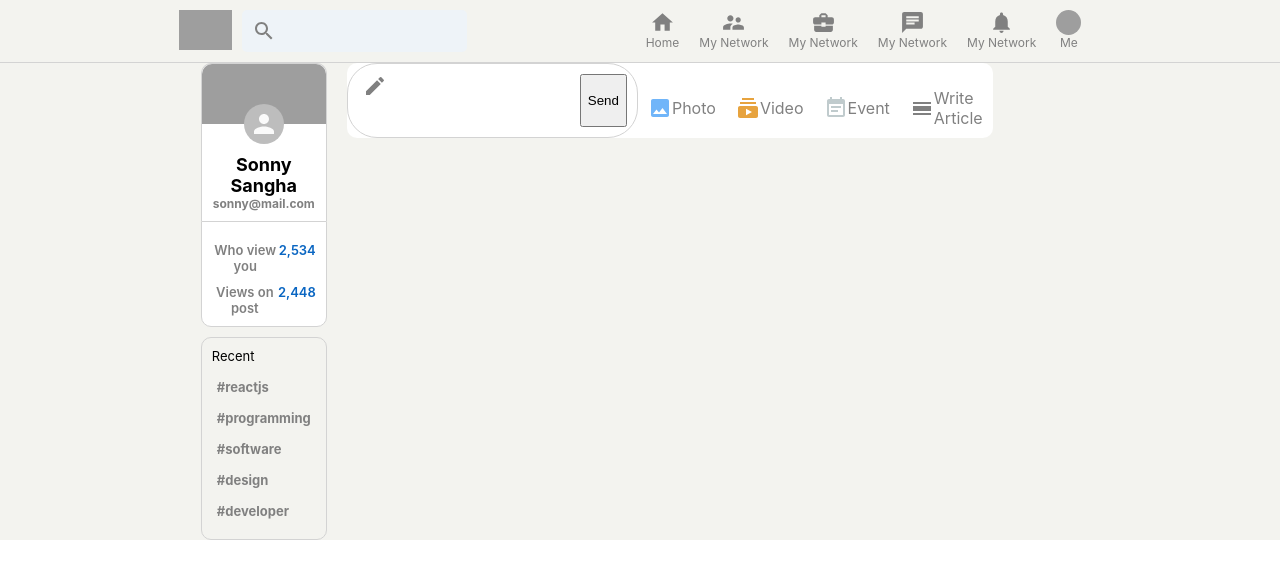
Repository: joaogamarra/linkedin-clone
Page: /
These files come from the project's save history. The page is drawn as it stood at one moment and after the next save; the edit follows.
The browser window is 1280 px wide. The pictures show the whole page.
Pictures or frames that could not be fetched are drawn as grey boxes. The project was rebuilt for these pictures with package versions that can differ from the ones it lists, and the page was loaded fresh each time.

Above is the page before, as saved 2021-02-19 13:27:36.

### src/index.js
import React from 'react'
import ReactDOM from 'react-dom'
import './index.css'
import App from './App'

ReactDOM.render(
	<React.StrictMode>
		<App />
	</React.StrictMode>,
	document.getElementById('root')
)

### src/index.css
* {
	margin: 0;
}

body {
	margin: 0;
	font-family: -apple-system, BlinkMacSystemFont, 'Segoe UI', 'Roboto', 'Oxygen', 'Ubuntu', 'Cantarell',
		'Fira Sans', 'Droid Sans', 'Helvetica Neue', sans-serif;
	-webkit-font-smoothing: antialiased;
	-moz-osx-font-smoothing: grayscale;
}

code {
	font-family: source-code-pro, Menlo, Monaco, Consolas, 'Courier New', monospace;
}

### src/App.js
import './App.css'
import Feed from './components/feed/Feed'
import Header from './components/header/Header'
import Sidebar from './components/sidebar/Sidebar'

function App() {
	return (
		<div className='App'>
			<Header />
			<div className='app__body'>
				<Sidebar />
				<Feed />
			</div>
		</div>
	)
}

export default App

### src/App.css
.App {
	background-color: #f3f3ef;
	display: flex;
	flex-direction: column;
	align-items: center;
}

.app__body {
	display: flex;
}

### src/components/feed/Feed.js
import './Feed.css'
import CreateIcon from '@material-ui/icons/Create'
import ImageIcon from '@material-ui/icons/Image'
import SubscriptionsIcon from '@material-ui/icons/Subscriptions'
import EventNoteIcon from '@material-ui/icons/EventNote'
import CalendarViewDayIcon from '@material-ui/icons/CalendarViewDay'
import InputOption from './InputOption'

const Feed = () => {
	return (
		<div className='feed'>
			<div className='feed__inputContainer'>
				<div className='feed__input'>
					<CreateIcon />
					<form>
						<input type='text' />
						<button type='submit'>Send</button>
					</form>
				</div>
				<div className='feed__inputOptions'>
					<InputOption Icon={ImageIcon} title='Photo' color='#70b5f9' />
					<InputOption Icon={SubscriptionsIcon} title='Video' color='#E7A33E' />
					<InputOption Icon={EventNoteIcon} title='Event' color='#C0CBCD' />
					<InputOption Icon={CalendarViewDayIcon} title='Write Article' color='#70b5f7FC15E9' />
				</div>
			</div>
		</div>
	)
}

export default Feed

### src/components/header/Header.js
import './Header.css'
import HeaderOption from './HeaderOption'
import SearchIcon from '@material-ui/icons/Search'
import HomeIcon from '@material-ui/icons/Home'
import SupervisorAccountIcon from '@material-ui/icons/SupervisorAccount'
import BusinessCenterIcon from '@material-ui/icons/BusinessCenter'
import ChatIcon from '@material-ui/icons/Chat'
import NotificationsIcon from '@material-ui/icons/Notifications'

const Header = () => {
	return (
		<div className='header'>
			<div className='header__left'>
				<img src='https://www.flaticon.com/svg/static/icons/svg/174/174857.svg' alt='' />

				<div className='header__search'>
					<SearchIcon />
					<input type='text' />
				</div>
			</div>
			<div className='header__right'>
				<HeaderOption Icon={HomeIcon} title='Home' />
				<HeaderOption Icon={SupervisorAccountIcon} title='My Network' />
				<HeaderOption Icon={BusinessCenterIcon} title='My Network' />
				<HeaderOption Icon={ChatIcon} title='My Network' />
				<HeaderOption Icon={NotificationsIcon} title='My Network' />
				<HeaderOption
					avatar='https://compassionate-leakey-e9b16b.netlify.app/images/IG_Sonny.jpeg'
					title='Me'
				/>
			</div>
		</div>
	)
}

export default Header

### src/components/sidebar/Sidebar.js
import './Sidebar.css'
import { Avatar } from '@material-ui/core'

const Sidebar = () => {
	const recentItem = (topic) => (
		<div className='sidebar__recentItem'>
			<span className='sidebar__hash'>#</span>
			<p>{topic}</p>
		</div>
	)

	return (
		<div className='sidebar'>
			<div className='sidebar__top'>
				<img
					src='https://images.unsplash.com/photo-1579546929518-9e396f3cc809?ixid=MXwxMjA3fDB8MHxwaG90by1wYWdlfHx8fGVufDB8fHw%3D&ixlib=rb-1.2.1&auto=format&fit=crop&w=1350&q=80'
					alt=''
				/>
				<Avatar className='sidebar__avatar' />
				<h2>Sonny Sangha</h2>
				<h4>sonny@mail.com</h4>
			</div>

			<div className='sidebar__stats'>
				<div className='sidebar__stat'>
					<p>Who view you</p>
					<p className='sidebar__statNumber'>2,534</p>
				</div>
				<div className='sidebar__stat'>
					<p>Views on post</p>
					<p className='sidebar__statNumber'>2,448</p>
				</div>
			</div>

			<div className='sidebar__bottom'>
				<p>Recent</p>
				{recentItem('reactjs')}
				{recentItem('programming')}
				{recentItem('software')}
				{recentItem('design')}
				{recentItem('developer')}
			</div>
		</div>
	)
}

export default Sidebar

### src/components/feed/Feed.css
.feed {
	flex: 0.6;
	margin: 0 20px;
}

.feed__inputContainer {
	display: flex;
	justify-content: space-evenly;
	padding: 10px 10p 20px 10px;
	margin-bottom: 20px;
	border-radius: 10px;
	background-color: white;
}

.feed__input {
	display: flex;
	padding: 10px 10px 10px 15px;
	color: gray;
	border: 1px solid lightgray;
	border-radius: 30px;
}

.feed__input > form {
	display: flex;
	width: 100%;
}

.feed__input > form > input {
	flex: 1;
	margin-left: 10px;
	outline-width: 0;
	font-weight: 600;
	border: none;
}

.feed__input > form > input > button {
	display: none;
}

.feed__inputOptions {
	display: flex;
	justify-content: space-evenly;
}

### src/components/feed/InputOption.js
import './InputOption.css'

const InputOption = ({ Icon, title, color }) => {
	return (
		<div className='inputOption'>
			<Icon style={{ color: color }} />
			{title}
		</div>
	)
}

export default InputOption

### src/components/header/Header.css
.header {
	position: sticky;
	top: 0;
	display: flex;
	justify-content: space-evenly;
	padding: 10px 0;
	width: 100%;
	border-bottom: 0.1px solid lightgray;
	z-index: 30;
}

.header__left {
	display: flex;
}

.header__left > img {
	object-fit: contain;
	height: 40px;
	margin-right: 10px;
}

.header__search {
	padding: 10px;
	display: flex;
	align-items: center;
	border-radius: 5px;
	height: 22px;
	color: gray;
	background-color: #eef3f8;
}

.header__search > input {
	outline: none;
	border: none;
	background: none;
}

.header__right {
	display: flex;
}

### src/components/header/HeaderOption.js
import './HeaderOption.css'
import { Avatar } from '@material-ui/core'

const HeaderOption = ({ avatar, Icon, title }) => {
	return (
		<div className='headerOption'>
			{Icon && <Icon className='headerOption__icon' />}
			{avatar && <Avatar className='headerOption__icon' src={avatar} />}
			<h3 className='headerOption__title'>{title}</h3>
		</div>
	)
}

export default HeaderOption

### src/components/sidebar/Sidebar.css
.sidebar {
	position: sticky;
	flex: 0.2;
	top: 80px;
	height: fit-content;
	border-radius: 10px;
	text-align: center;
}

.sidebar__avatar {
	margin-bottom: 10px;
}

.sidebar__top > h4 {
	color: gray;
	font-size: 12px;
}

.sidebar__top > h2 {
	font-size: 18px;
}

.sidebar__top {
	display: flex;
	flex-direction: column;
	align-items: center;
	border: 1px solid lightgray;
	border-bottom: 0;
	border-top-left-radius: 10px;
	border-top-right-radius: 10px;
	background-color: white;
	padding-bottom: 10px;
}

.sidebar__top > img {
	margin-bottom: -20px;
	width: 100%;
	height: 60px;
	border-top-left-radius: 10px;
	border-top-right-radius: 10px;
}
.sidebar__stats {
	padding: 10px;
	margin-bottom: 10px;
	border: 1px solid lightgray;
	border-bottom-left-radius: 10px;
	border-bottom-right-radius: 10px;
	background-color: white;
}

.sidebar__stat {
	margin-top: 10px;
	display: flex;
	justify-content: space-between;
}

.sidebar__stat > p {
	color: gray;
	font-size: 13px;
	font-weight: 600;
}

.sidebar__statNumber {
	font-weight: bold;
	color: #0a66c2 !important;
}

.sidebar__bottom {
	text-align: left;
	padding: 10px;
	border: 1px solid lightgray;
	border-radius: 10px;
	margin-top: 10px;
}

.sidebar__bottom > p {
	font-size: 13px;
	padding-bottom: 10px;
}

.sidebar__recentItem {
	display: flex;
	font-size: 13px;
	color: gray;
	font-weight: bolder;
	cursor: pointer;
	margin-bottom: 5px;
	padding: 5px;
}

.sidebar__recentItem:hover {
	background-color: whitesmoke;
	border-radius: 10px;
	cursor: pointer;
	color: black;
}

.sidebar_hash {
	margin: 0 10px 0 5px;
}

### src/components/feed/InputOption.css
.inputOption {
	display: flex;
	align-items: center;
	padding: 10px;
	margin-top: 15px;
	color: gray;
	cursor: pointer;
}

.inputOption:hover {
	background-color: whitesmoke;
	border-radius: 10px;
}

.inputOption > h4 {
	margin-left: 5px;
}

### src/components/header/HeaderOption.css
.headerOption {
	display: flex;
	flex-direction: column;
	align-items: center;
	margin-right: 20px;
	color: gray;
	cursor: pointer;
}

.headerOption:hover {
	color: black;
}

.headerOption__title {
	font-size: 12px;
	font-weight: 400;
}

.headerOption__icon {
	object-fit: contain;
	height: 25px !important;
	width: 25px !important;
}

Loaded but not shown: public/index.html (common file)

After the next save:
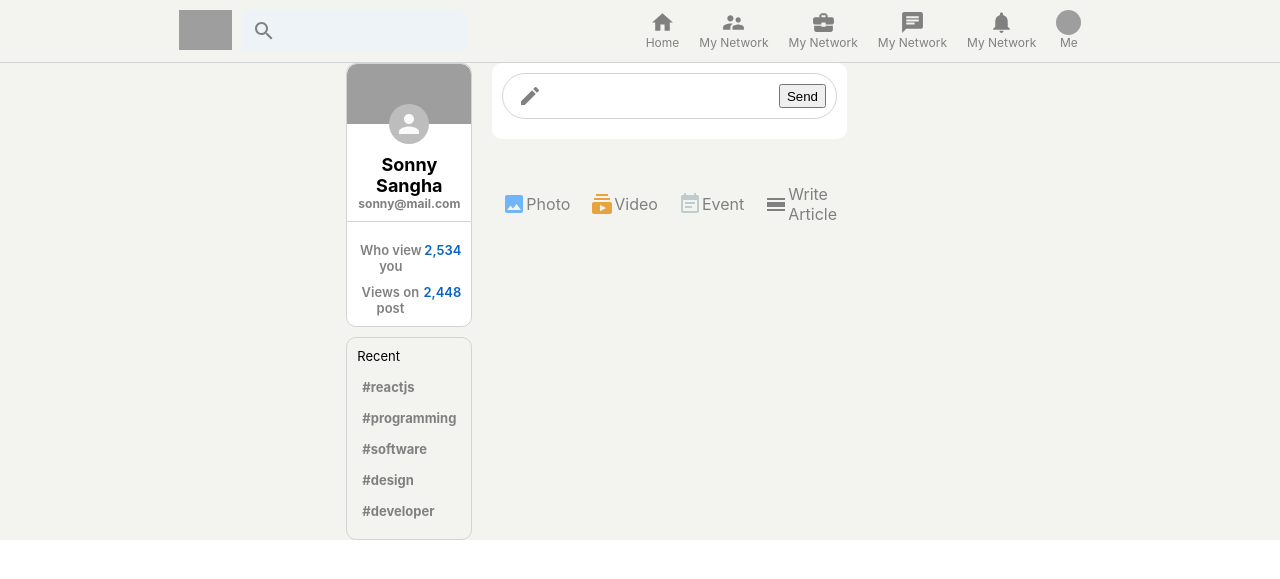
Saved 48 s later.
--- a/src/components/feed/Feed.js
+++ b/src/components/feed/Feed.js
@@ -17,12 +17,12 @@ const Feed = () => {
 						<button type='submit'>Send</button>
 					</form>
 				</div>
-				<div className='feed__inputOptions'>
-					<InputOption Icon={ImageIcon} title='Photo' color='#70b5f9' />
-					<InputOption Icon={SubscriptionsIcon} title='Video' color='#E7A33E' />
-					<InputOption Icon={EventNoteIcon} title='Event' color='#C0CBCD' />
-					<InputOption Icon={CalendarViewDayIcon} title='Write Article' color='#70b5f7FC15E9' />
-				</div>
+			</div>
+			<div className='feed__inputOptions'>
+				<InputOption Icon={ImageIcon} title='Photo' color='#70b5f9' />
+				<InputOption Icon={SubscriptionsIcon} title='Video' color='#E7A33E' />
+				<InputOption Icon={EventNoteIcon} title='Event' color='#C0CBCD' />
+				<InputOption Icon={CalendarViewDayIcon} title='Write Article' color='#70b5f7FC15E9' />
 			</div>
 		</div>
 	)
--- a/src/components/feed/Feed.css
+++ b/src/components/feed/Feed.css
@@ -4,9 +4,7 @@
 }
 
 .feed__inputContainer {
-	display: flex;
-	justify-content: space-evenly;
-	padding: 10px 10p 20px 10px;
+	padding: 10px 10px 20px 10px;
 	margin-bottom: 20px;
 	border-radius: 10px;
 	background-color: white;
